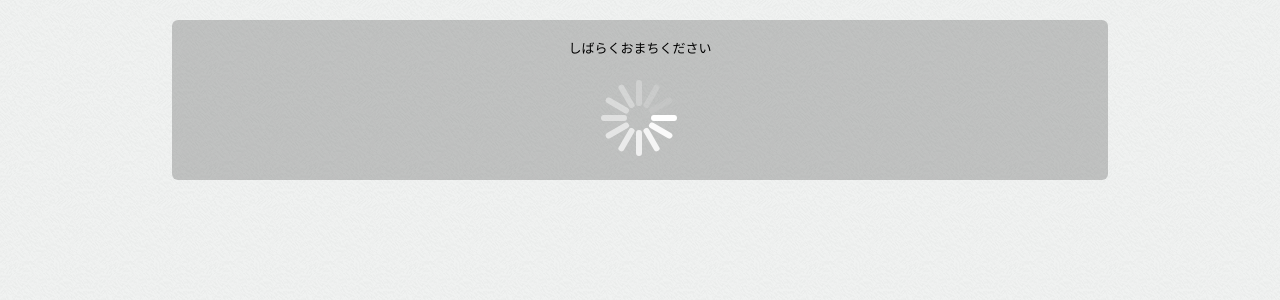
Repository: alivecast/exder_android_sales
Page: exorder.director/assets/www/index.html
The author's editor kept a copy of each file at every save. The page is drawn from the files as they stood at one save, then again after the next save.
The browser window is 1280 px wide. The pictures show the whole page.

Above is the page before, as saved 2012-12-14 07:57:54.

After the next save:
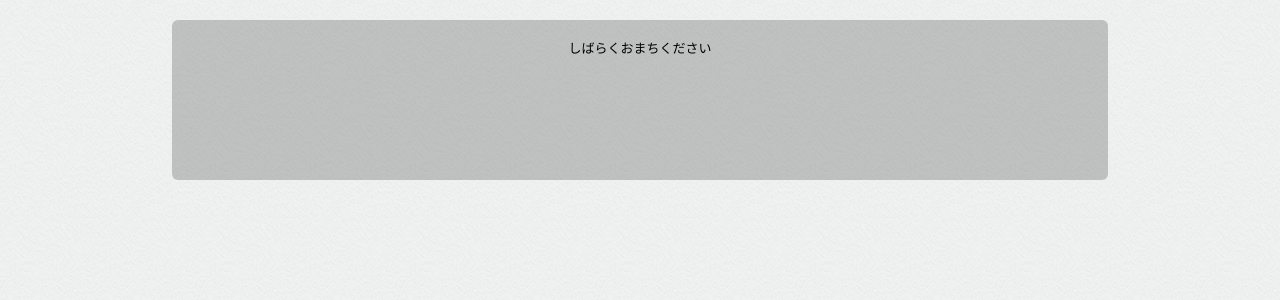
Console error: ReferenceError: Spinner is not defined
Saved 3 min 2 s later.
--- a/exorder.director/assets/www/index.html
+++ b/exorder.director/assets/www/index.html
@@ -206,18 +206,26 @@
 					</p>
 					<div id="loadingImg" class="square"></div>
 					<script>
-						$(function() {
-							$('#loadingImg').activity({
-								segments : 12,
-								width : 6,
-								space : 3,
-								length : 20,
-								color : '#FFFFFF',
-								speed : 1.5,
-								align : 'center',
-								valign : 'center'
-							});
-						});
+						// spin setting
+						var opts = {
+							lines : 15, // The number of lines to draw
+							length : 28, // The length of each line
+							width : 8, // The line thickness
+							radius : 14, // The radius of the inner circle
+							corners : 1, // Corner roundness (0..1)
+							rotate : 0, // The rotation offset
+							color : '#000', // #rgb or #rrggbb
+							speed : 1, // Rounds per second
+							trail : 60, // Afterglow percentage
+							shadow : false, // Whether to render a shadow
+							hwaccel : false, // Whether to use hardware acceleration
+							className : 'spinner', // The CSS class to assign to the spinner
+							zIndex : 2e9, // The z-index (defaults to 2000000000)
+							top : 'auto', // Top position relative to parent in px
+							left : 'auto' // Left position relative to parent in px
+						};
+						var target = document.getElementById('loadingImg');
+						var spinner = new Spinner(opts).spin(target);
 					</script>
 				</div>
 			</div>

After the save that followed:
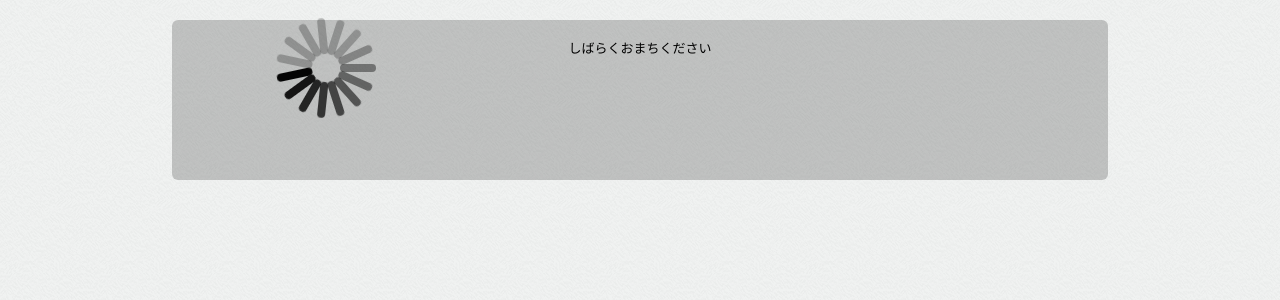
The error is gone.
Saved 26 s later.
--- a/exorder.director/assets/www/index.html
+++ b/exorder.director/assets/www/index.html
@@ -21,7 +21,7 @@
 		<script type="text/javascript" charset="utf-8" src="js/company.js"></script>
 
 		<script type="text/javascript" charset="utf-8" src="js/cordova.js"></script>
-		<script src="js/jquery.activity-indicator-1.0.0.js" type="text/javascript"></script>
+		<script src="js/spin.min.js" type="text/javascript"></script>
 
 		<script type="text/javascript">
 			$(document).bind("mobileinit", function() {
